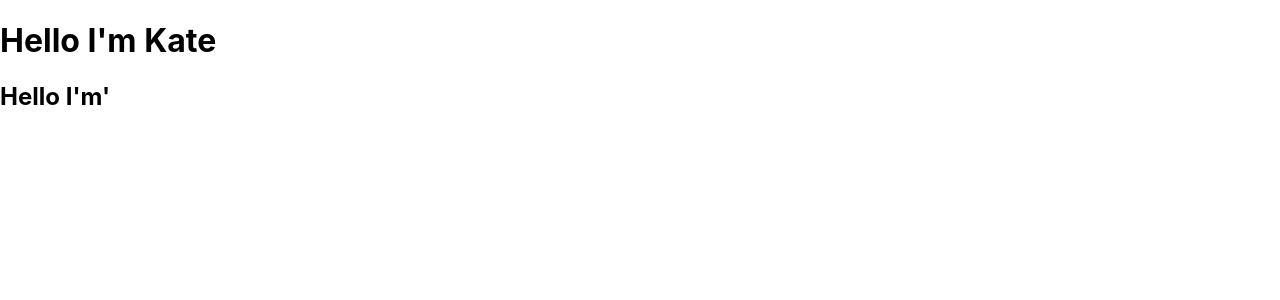
Repository: kate30980/task-tracker-reactjs
Page: /
The author's editor kept a copy of each file at every save. The page is drawn from the files as they stood at one save, then again after the next save.
The browser window is 1280 px wide. The pictures show the whole page.
The project was rebuilt for these pictures with package versions that can differ from the ones it lists, and the page was loaded fresh each time.

Above is the page before, as saved 2021-09-19 12:14:03.

After the next save:
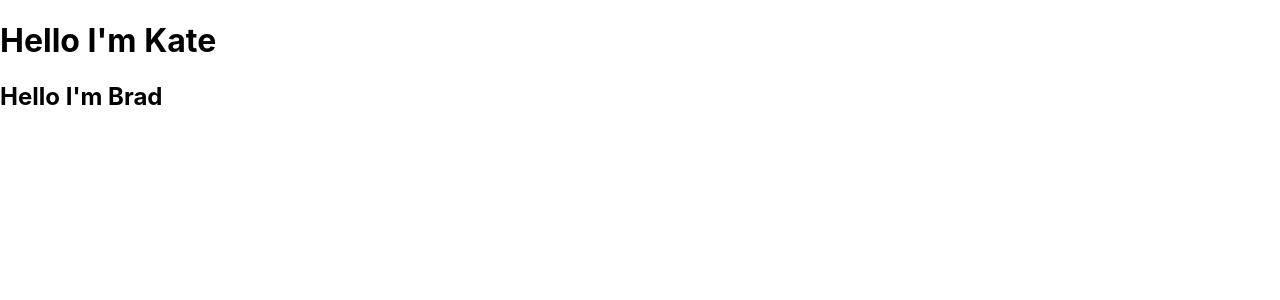
Saved 26 s later.
--- a/src/App.js
+++ b/src/App.js
@@ -1,8 +1,10 @@
 function App() {
+  const name = "Brad";
+
   return (
     <div className="container">
       <h1>Hello I'm Kate</h1>
-      <h2>Hello I'm'</h2>
+      <h2>Hello I'm {name}</h2>
     </div>
   );
 }
